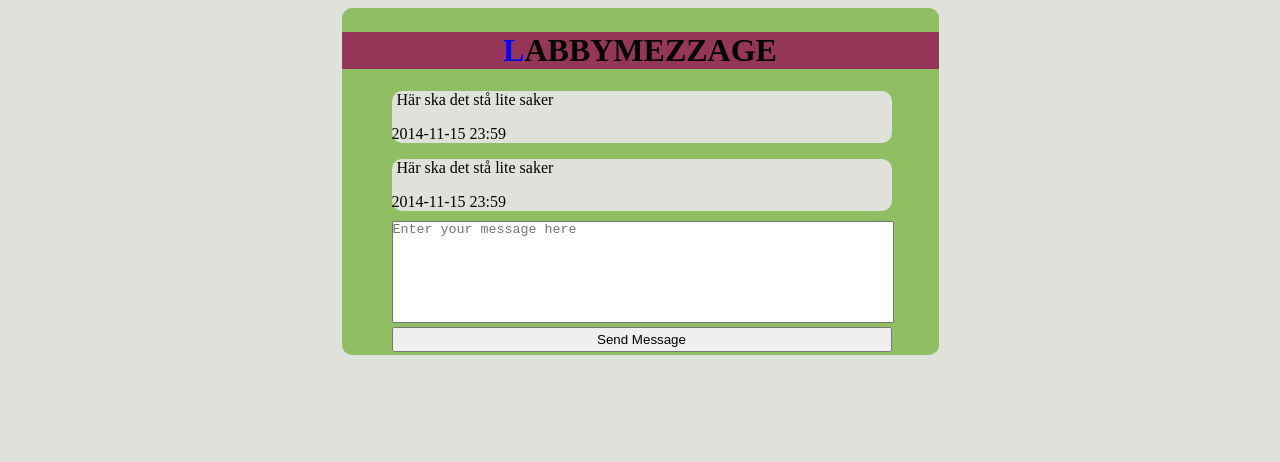
Repository: vr222bt/1dv403-laborationer
Page: 2-labbymezzage/index.html
The author's editor kept a record of every edit. The page is drawn from the files as they stood at one moment, then again after the next edit.
The browser window is 1280 px wide. The pictures show the whole page.

Above is the page before.

After the next edit:
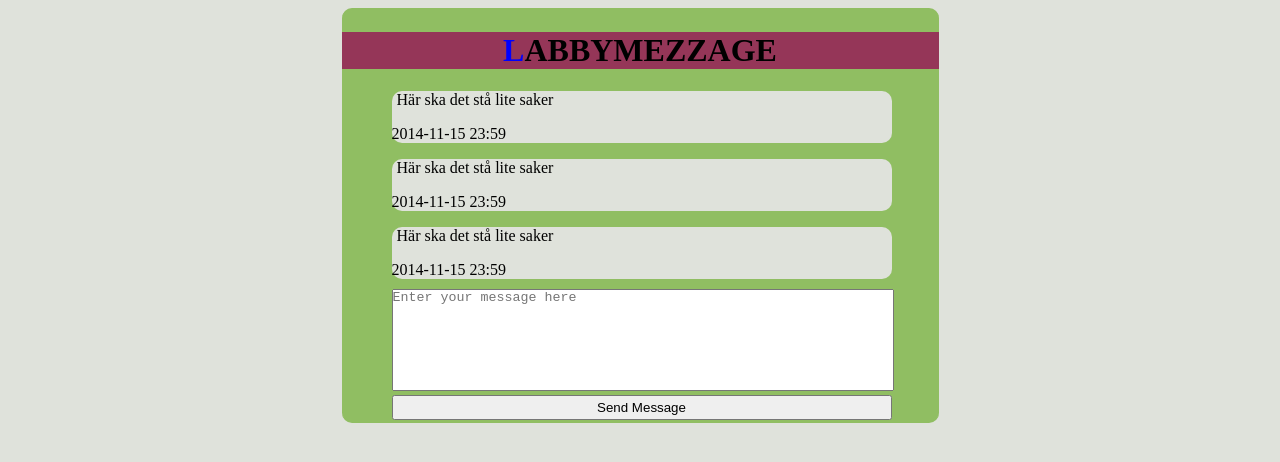
The edit:
--- a/2-labbymezzage/index.html
+++ b/2-labbymezzage/index.html
@@ -20,6 +20,10 @@
                         <p>Här ska det stå lite saker</p>
                         <footer>2014-11-15 23:59</footer>
                     </div>
+                    <div id="message">
+                        <p>Här ska det stå lite saker</p>
+                        <footer>2014-11-15 23:59</footer>
+                    </div>
                 </div>
                 <form>
                     <textarea id="text" placeholder="Enter your message here"></textarea>
